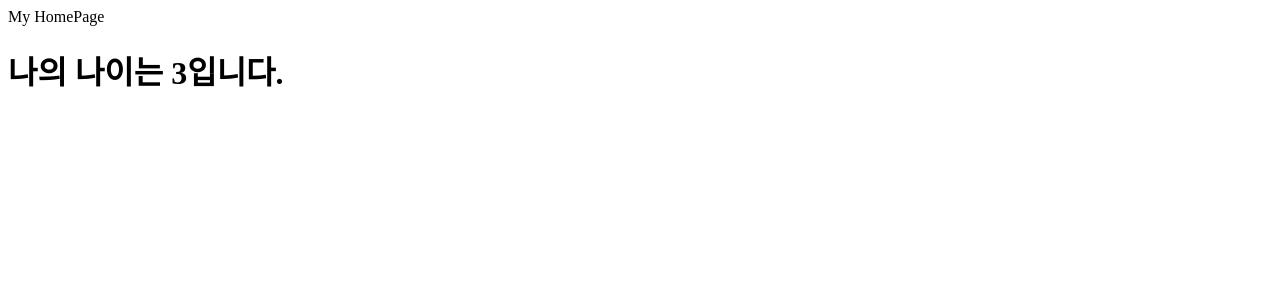
Repository: disterbia/jsp
Page: http://localhost/Script/
The author's editor kept a copy of each file at every save. The page is drawn from the files as they stood at one save, then again after the next save.
The browser window is 1280 px wide. The pictures show the whole page.
The page is served by Tomcat 9.

Above is the page before, as saved 2019-10-07 00:52:28.

After the next save:
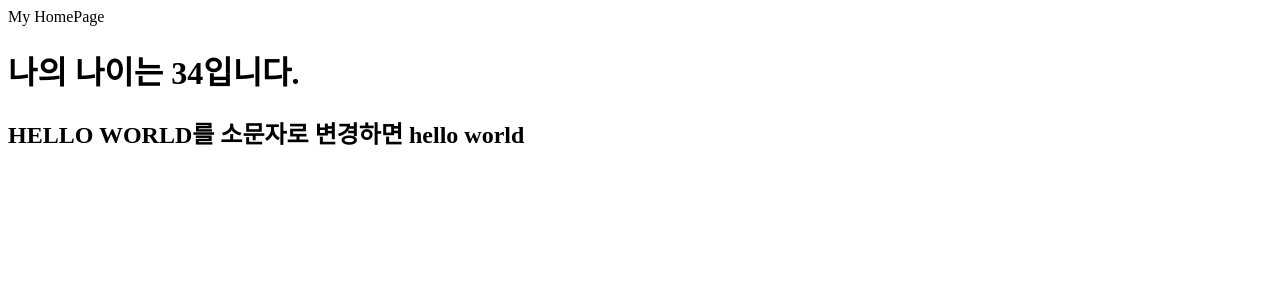
Saved 28 min 53 s later.
--- a/Script/WebContent/index.jsp
+++ b/Script/WebContent/index.jsp
@@ -9,9 +9,16 @@
 <body>
 My HomePage
 
+<%! //전역변수
+	String makeItLower(String data){
+	return data.toLowerCase();
+}
+%>
+
 <% //메서드안
-	int count = 3 ;
+	int count = 34;
 %>
 <h1>나의 나이는 <%=count %>입니다.</h1>
+<h2> HELLO WORLD를 소문자로 변경하면 <%=makeItLower("HELLO WORLD") %></h2>
 </body>
 </html>
